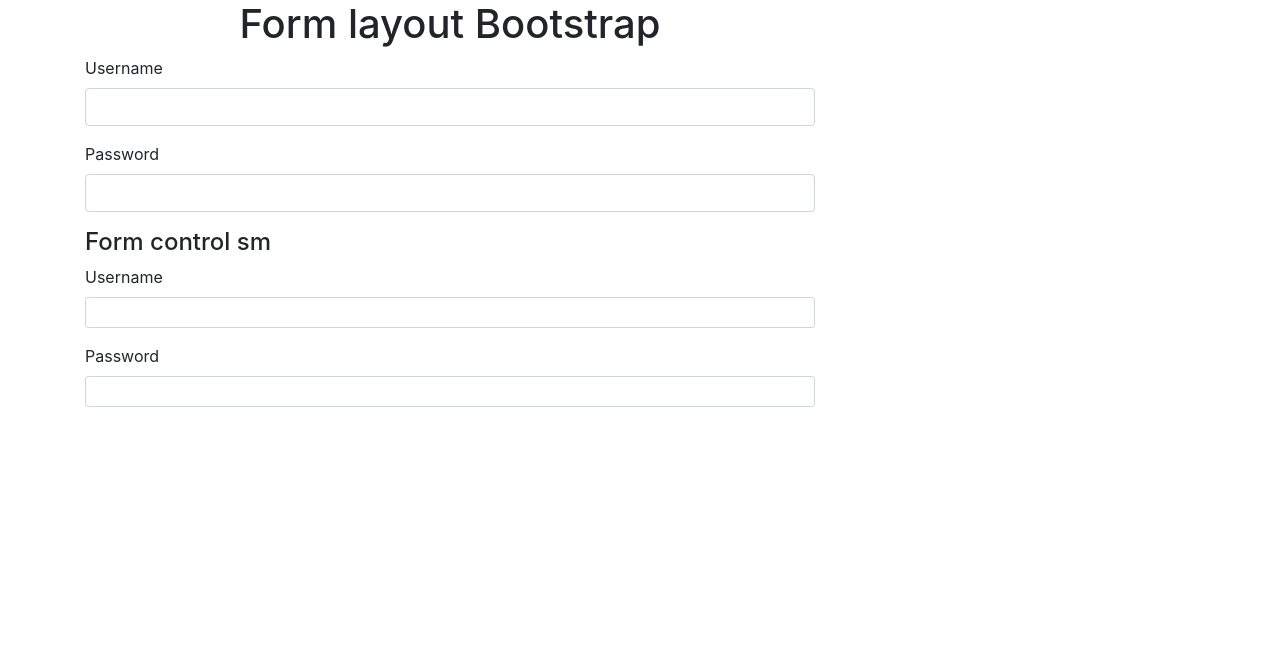
Repository: anhtu2110/front_end
Page: lesson/bootstrap/advance/5.13-form-sizing.html
The author's editor kept a copy of each file at every save. The page is drawn from the files as they stood at one save, then again after the next save.
The browser window is 1280 px wide. The pictures show the whole page.

Above is the page before, as saved 2022-12-08 19:48:11.

### lesson/bootstrap/advance/5.13-form-sizing.html
<!DOCTYPE html>
<html lang="en">
  <head>
    <meta charset="UTF-8" />
    <meta http-equiv="X-UA-Compatible" content="IE=edge" />
    <meta name="viewport" content="width=device-width, initial-scale=1.0" />
    <link rel="stylesheet" href="./bootstrap/css/bootstrap.min.css" />
    <title>Form Sizing</title>
  </head>
  <body>
    <div class="container">
        <div class="row">
            <div class="col-md-8">
            <h1 class="text-center">Form layout Bootstrap</h1>
                <form action="">
                    <div class="form-group">
                        <label for="username">Username</label>
                        <input id="username" class="form-control" type="text" name="username">
                    </div>
                    <div class="form-group">
                        <label for="password">Password</label>
                        <input type="password" class="form-control" name="password" id="password" />
                      </div>
                </form>
                <h4>Form control sm</h4>
                <form action="">
                    <div class="form-group">
                        <label for="username">Username</label>
                        <input id="username" class="form-control form-control-sm" type="text" name="username">
                    </div>
                    <div class="form-group">
                        <label for="password">Password</label>
                        <input type="password" class="form-control form-control-sm" name="password" id="password" />
                      </div>
                </form>
            </div>
        </div>
    </div>
    <script src="js/jquery-3.6.1.min.js"></script>
    <script src="js/popper.min.js"></script>
    <script src="./bootstrap/js/bootstrap.min.js"></script>
  </body>
</html>

Loaded but not shown: lesson/bootstrap/advance/bootstrap/css/bootstrap.min.css (library); lesson/bootstrap/advance/js/jquery-3.6.1.min.js (library); lesson/bootstrap/advance/js/popper.min.js (library); lesson/bootstrap/advance/bootstrap/js/bootstrap.min.js (library)

After the next save:
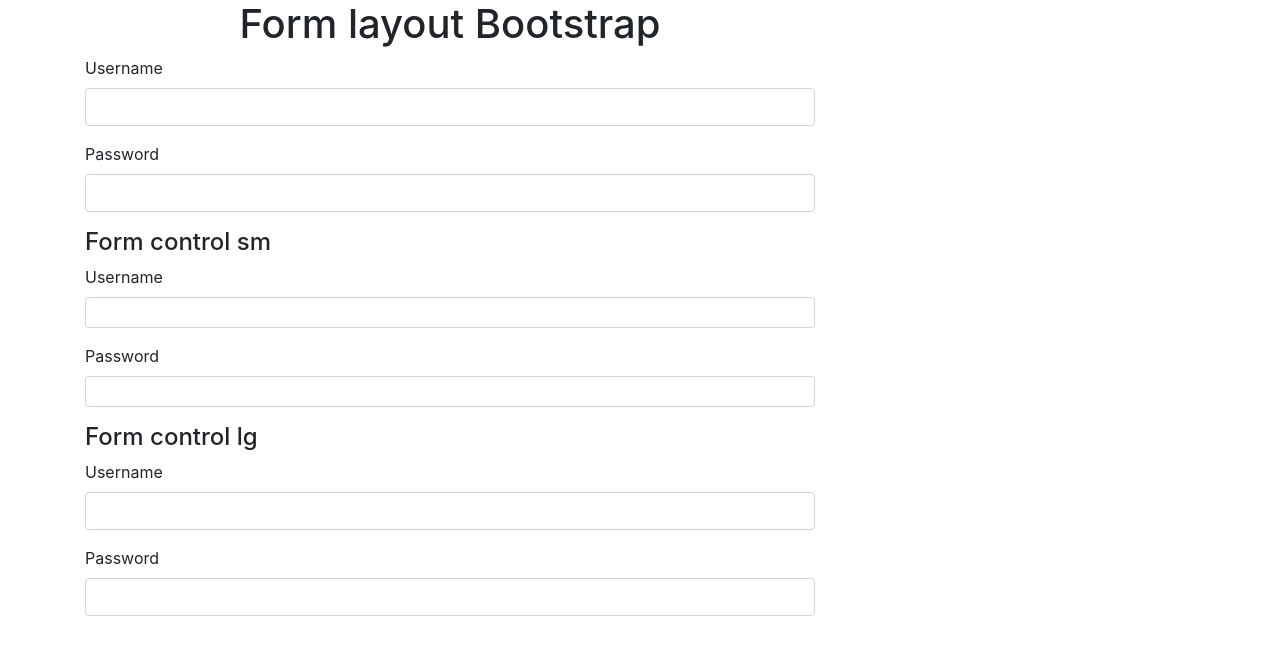
Saved 27 s later.
--- a/lesson/bootstrap/advance/5.13-form-sizing.html
+++ b/lesson/bootstrap/advance/5.13-form-sizing.html
@@ -33,6 +33,17 @@
                         <input type="password" class="form-control form-control-sm" name="password" id="password" />
                       </div>
                 </form>
+                <h4>Form control lg</h4>
+                <form action="">
+                    <div class="form-group">
+                        <label for="username">Username</label>
+                        <input id="username" class="form-control form-control-xl" type="text" name="username">
+                    </div>
+                    <div class="form-group">
+                        <label for="password">Password</label>
+                        <input type="password" class="form-control form-control-xl" name="password" id="password" />
+                      </div>
+                </form>
             </div>
         </div>
     </div>
